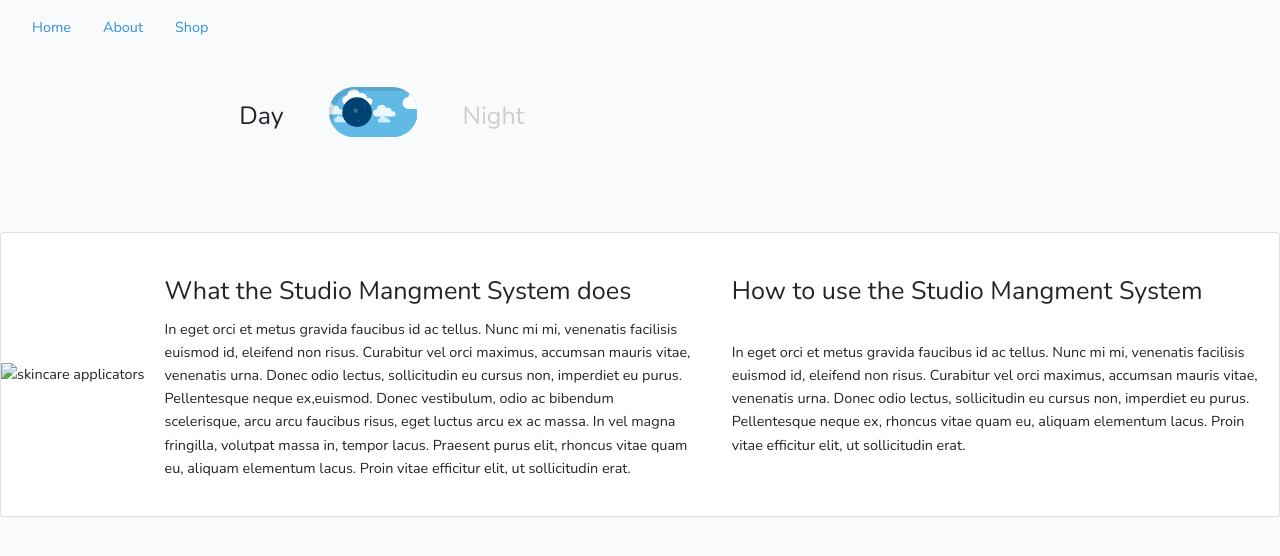
Repository: littae2/simplicite
Page: http://localhost/shop
The author's editor kept a copy of each file at every save. The page is drawn from the files as they stood at one save, then again after the next save.
The browser window is 1280 px wide. The pictures show the whole page.
Some web libraries are served in a nearby version. The page is served by the project's Laravel application, run on PHP 8.4 with Laravel 8. Other server files are loaded and not shown.

Above is the page before, as saved 2021-08-13 15:52:41.

### Project/routes/web.php
<?php

use Illuminate\Support\Facades\Route;

/*
|--------------------------------------------------------------------------
| Web Routes
|--------------------------------------------------------------------------
|
| Here is where you can register web routes for your application. These
| routes are loaded by the RouteServiceProvider within a group which
| contains the "web" middleware group. Now create something great!
|
*/

Route::get('/', function () {
    return view('home.index');
});

Route::get('/about', function () {
    return view('about.index');
});
Route::get('/shop', function () {
    return view('shop.index');
});

### Project/resources/views/shop/index.blade.php
@extends('layouts.layout')
@section('title', 'Welcome')
@section('content')
<div class="pageContent">

<!-- @if(Auth::check())
<div> you are logged in </div>
@else
<div> please login</div>
@endif -->

  <div class="card d-flex flex-row justify-content-between align-items-center w-90 home">
  <img src="{{url('img/product2.jpg')}}" alt="skincare applicators" class="headerImg">
    <div class="card-body w-25 ">

      <br>
      <h3 class="card-title">What the Studio Mangment System does</h3>

      <p>In eget orci et metus gravida faucibus id ac tellus. Nunc mi mi, venenatis facilisis euismod id, eleifend non risus.
        Curabitur vel orci maximus, accumsan mauris vitae, venenatis urna. Donec odio lectus, sollicitudin eu cursus non, imperdiet eu purus.
        Pellentesque neque ex,euismod. Donec vestibulum, odio ac bibendum scelerisque, arcu arcu faucibus risus, eget luctus arcu ex ac massa. In vel magna fringilla, volutpat massa in, tempor lacus.
        Praesent purus elit, rhoncus vitae quam eu, aliquam elementum lacus. Proin vitae efficitur elit, ut sollicitudin erat.</p>

    </div>
    <div class=" card-body w-25">

      <h3 class="card-title">How to use the Studio Mangment System</h3>
      <br>
      <p>In eget orci et metus gravida faucibus id ac tellus. Nunc mi mi, venenatis facilisis euismod id, eleifend non risus.
        Curabitur vel orci maximus, accumsan mauris vitae, venenatis urna. Donec odio lectus, sollicitudin eu cursus non, imperdiet eu purus.
        Pellentesque neque ex, rhoncus vitae quam eu, aliquam elementum lacus. Proin vitae efficitur elit, ut sollicitudin erat.</p>

    </div>

  </div>
</div>
@endsection

### Project/resources/views/layouts/layout.blade.php
<!--This is the Main layout page-->
<!DOCTYPE html>
<html lang="en">
<head>
    <meta charset="UTF-8">
        <!-- CSRF Token -->
    <meta name="csrf-token" content="mlxnBRgEB1AbPWkhP1fOm5sUhDzONcfLGmqMOlHY">
    <meta name="viewport" content="width=device-width, initial-scale=1.0">

    <script src="https://kit.fontawesome.com/b07d89ef49.js" crossorigin="anonymous"></script>

    <!--  JQUEURY-->
    <script src="https://code.jquery.com/jquery-3.1.0.min.js"></script>

    <!--  BS -->
    <link rel="stylesheet" href="{{asset('css/simplicite.css')}}">
    <link rel="stylesheet" href="{{asset('css/app.css')}}">

    <!--JS -->




</head>
<body>

  @include('layouts.navbar')

<!-- Fonts -->
<link href="https://fonts.googleapis.com/css?family=Nunito:200,600" rel="stylesheet">

@yield('content')
</body>
</html>

### Project/resources/views/layouts/navbar.blade.php
<!-- <div class= "nav">
      <a class="nav-link" href="{{url('/welcome')}}">Home</a>
      <a class="nav-link" href="{{url('/view-cohorts')}}">Cohort</a>
      <a class="nav-link" href="{{url('/students')}}">Students</a>
      <a class="nav-link" href="{{url('/upload')}}">Upload</a>
      <a class="nav-link" href="{{url('/enrolment')}}">Enrollment</a>
</div> -->

<script src="https://code.jquery.com/jquery-3.2.1.slim.min.js" integrity="sha384-KJ3o2DKtIkvYIK3UENzmM7KCkRr/rE9/Qpg6aAZGJwFDMVNA/GpGFF93hXpG5KkN" crossorigin="anonymous"></script>
<script src="https://cdnjs.cloudflare.com/ajax/libs/popper.js/1.12.9/umd/popper.min.js" integrity="sha384-ApNbgh9B+Y1QKtv3Rn7W3mgPxhU9K/ScQsAP7hUibX39j7fakFPskvXusvfa0b4Q" crossorigin="anonymous"></script>
<script src="https://maxcdn.bootstrapcdn.com/bootstrap/4.0.0/js/bootstrap.min.js" integrity="sha384-JZR6Spejh4U02d8jOt6vLEHfe/JQGiRRSQQxSfFWpi1MquVdAyjUar5+76PVCmYl" crossorigin="anonymous"></script>
<script src="https://cdnjs.cloudflare.com/ajax/libs/gsap/3.7.1/gsap.min.js"></script>


<div class="nav">
  <div class="col-md-12 school-options-dropdown text-center nav-link">

    <div class="nav">
      <a class="nav-link" href="{{url('/')}}">Home</a>
      <a class="nav-link" href="{{url('/about')}}">About</a>
      <a class="nav-link" href="{{url('/shop')}}">Shop</a>
<a>@include('inc.daynight')</a>


    </div>
  </div>
</div>
</div>

### Project/resources/views/inc/daynight.blade.php

<div class="layout">
    <div class="day-label">Day</div>

    <label class="container">
        <input id="input" type="checkbox" checked="checked">
        <span class="checkmark">


            <svg id="toggle" xmlns="http://www.w3.org/2000/svg" viewBox="0 0 60 34" width="60" height="34">
                <defs>


                    <clipPath id="container">
                        <rect width="60" height="34" rx="17" />
                    </clipPath>
                    <g id="day">
                        <rect x="0" width="60" height="34" style="fill: #61b9e5" />
                        <g id="day-content">
                            <g class="clouds-small">
                                <path d="M13.35,22.45a1,1,0,0,0-.44.1A1.62,1.62,0,0,0,11.29,21a1.67,1.67,0,0,0-.59.11,1.84,1.84,0,0,0-3.55.61h0a1.38,1.38,0,0,0,0,2.75h6.21a1,1,0,1,0,0-2Z" transform="translate(-2 -2)" style="fill: #d0edff" />
                                <path d="M27.38,23.72a1.05,1.05,0,0,0-.44.1,1.63,1.63,0,0,0-2.21-1.41,1.84,1.84,0,0,0-3.56.61h0a1.38,1.38,0,1,0,0,2.75h6.21a1,1,0,0,0,0-2.05Z" transform="translate(-2 -2)" style="fill: #d0edff" />
                                <path d="M56.7,24a1,1,0,0,0-.44.1,1.63,1.63,0,0,0-2.21-1.42,1.85,1.85,0,0,0-3.56.61h0a1.38,1.38,0,0,0,0,2.75H56.7a1,1,0,0,0,0-2Z" transform="translate(-2 -2)" style="fill: #d0edff" />
                                <path d="M84.35,22.45a1,1,0,0,0-.44.1A1.62,1.62,0,0,0,82.29,21a1.67,1.67,0,0,0-.59.11,1.84,1.84,0,0,0-3.55.61h0a1.38,1.38,0,0,0,0,2.75h6.21a1,1,0,1,0,0-2Z" transform="translate(-2 -2)" style="fill: #d0edff" />
                                <path d="M98.38,23.72a1.05,1.05,0,0,0-.44.1,1.63,1.63,0,0,0-2.21-1.41,1.84,1.84,0,0,0-3.56.61h0a1.38,1.38,0,1,0,0,2.75h6.21a1,1,0,0,0,0-2.05Z" transform="translate(-2 -2)" style="fill: #d0edff" />
                                <path d="M127.7,24a1,1,0,0,0-.44.1,1.63,1.63,0,0,0-2.21-1.42,1.85,1.85,0,0,0-3.56.61h0a1.38,1.38,0,0,0,0,2.75h6.21a1,1,0,0,0,0-2Z" transform="translate(-2 -2)" style="fill: #d0edff" />
                            </g>
                            <g class="clouds-medium">
                                <path d="M61.44,18.4a1.85,1.85,0,0,0-.77.18,2.85,2.85,0,0,0-2.85-2.68,3,3,0,0,0-1,.19,3.25,3.25,0,0,0-6.26,1.07h0a2.42,2.42,0,0,0,0,4.84H61.44a1.8,1.8,0,1,0,0-3.6Z" transform="translate(-2 -2)" style="fill: #e9f8ff" />
                                <path d="M26,17.07a1.84,1.84,0,0,0-.77.17,2.86,2.86,0,0,0-2.85-2.68,2.75,2.75,0,0,0-1,.2,3.24,3.24,0,0,0-6.26,1.07h0a2.42,2.42,0,1,0,0,4.84H26a1.8,1.8,0,0,0,0-3.6Z" transform="translate(-2 -2)" style="fill: #e9f8ff" />
                                <path d="M126.44,18.4a1.85,1.85,0,0,0-.77.18,2.85,2.85,0,0,0-2.85-2.68,3,3,0,0,0-1,.19,3.25,3.25,0,0,0-6.26,1.07h0a2.42,2.42,0,0,0,0,4.84h10.92a1.8,1.8,0,1,0,0-3.6Z" transform="translate(-2 -2)" style="fill: #e9f8ff" />
                                <path d="M91,17.07a1.84,1.84,0,0,0-.77.17,2.86,2.86,0,0,0-2.85-2.68,2.75,2.75,0,0,0-1,.2,3.24,3.24,0,0,0-6.26,1.07h0a2.42,2.42,0,0,0,0,4.84H91a1.8,1.8,0,0,0,0-3.6Z" transform="translate(-2 -2)" style="fill: #e9f8ff" />
                            </g>
                            <g class="clouds-big">
                                <path d="M24.82,10.83a3.09,3.09,0,0,0-1.29.29A4.78,4.78,0,0,0,17,7,5.43,5.43,0,0,0,6.54,8.76h0a4,4,0,1,0,0,8.09H24.82a3,3,0,0,0,0-6Z" transform="translate(-2 -2)" style="fill: #fff" />
                                <path d="M53.6,9.45a2.37,2.37,0,0,0-1,.24,3.86,3.86,0,0,0-3.84-3.61,4.09,4.09,0,0,0-1.4.26,4.36,4.36,0,0,0-8.41,1.45h0a3.25,3.25,0,0,0,0,6.5H53.6a2.42,2.42,0,1,0,0-4.84Z" transform="translate(-2 -2)" style="fill: #fff" />
                                <path d="M98.72,10.83a3.09,3.09,0,0,0-1.29.29A4.78,4.78,0,0,0,90.91,7a5.43,5.43,0,0,0-10.47,1.8h0a4,4,0,1,0,0,8.09H98.72a3,3,0,1,0,0-6Z" transform="translate(-2 -2)" style="fill: #fff" />
                                <path d="M127.5,9.45a2.41,2.41,0,0,0-1,.24,3.85,3.85,0,0,0-3.84-3.61,4.09,4.09,0,0,0-1.4.26,4.36,4.36,0,0,0-8.41,1.45h0a3.25,3.25,0,0,0,0,6.5h14.7a2.42,2.42,0,0,0,0-4.84Z" transform="translate(-2 -2)" style="fill: #fff" />
                            </g>

                        </g>
                    </g>
                    <g id="night">
                        <rect width="60" height="34" style="fill: #004373" />

                        <g id="night-content">
                            <polygon class="star" points="46 4.89 46.62 6.14 48.01 6.35 47.01 7.33 47.24 8.71 46 8.06 44.76 8.71 44.99 7.33 43.99 6.35 45.38 6.14 46 4.89" style="fill: #fff5a6" />
                            <polygon class="star" points="58.58 21.93 59.46 23.02 60.86 22.91 60.1 24.09 60.63 25.39 59.28 25.02 58.21 25.94 58.14 24.54 56.94 23.8 58.25 23.3 58.58 21.93" style="fill: #fff5a6" />
                            <polygon class="star" points="40.71 12.02 40.82 13.42 42.03 14.13 40.74 14.66 40.44 16.04 39.53 14.97 38.13 15.11 38.87 13.91 38.3 12.63 39.67 12.96 40.71 12.02" style="fill: #fff5a6" />
                            <polygon class="star" points="5 16.89 5.62 18.14 7.01 18.35 6 19.33 6.24 20.71 5 20.06 3.76 20.71 4 19.33 2.99 18.35 4.38 18.14 5 16.89" style="fill: #fff5a6" />
                            <polygon class="star" points="60.57 6.97 60.79 8.36 62.05 8.97 60.8 9.6 60.61 10.99 59.62 10 58.24 10.25 58.88 9 58.22 7.76 59.6 7.99 60.57 6.97" style="fill: #fff5a6" />
                            <polygon class="star" points="30.91 26.12 30.86 27.52 31.98 28.36 30.63 28.74 30.18 30.07 29.4 28.91 28 28.89 28.86 27.78 28.45 26.44 29.77 26.93 30.91 26.12" style="fill: #fff5a6" />
                            <polygon class="star" points="17.52 13.95 18.44 15.01 19.83 14.86 19.11 16.06 19.68 17.34 18.32 17.02 17.28 17.96 17.16 16.56 15.94 15.87 17.23 15.32 17.52 13.95" style="fill: #fff5a6" />
                            <polygon class="star" points="60.53 16.01 61.11 16.41 61.76 16.15 61.56 16.83 62 17.37 61.3 17.39 60.92 17.98 60.69 17.32 60.01 17.14 60.56 16.71 60.53 16.01" style="fill: #fff5a6" />
                            <polygon class="star" points="41.99 21.89 42.31 22.52 43 22.62 42.5 23.11 42.62 23.8 41.99 23.47 41.37 23.8 41.49 23.11 40.99 22.62 41.69 22.52 41.99 21.89" style="fill: #fff5a6" />
                            <polygon class="star" points="63.47 26.02 63.43 26.72 63.98 27.15 63.3 27.32 63.05 27.98 62.68 27.39 61.98 27.36 62.43 26.82 62.24 26.14 62.89 26.4 63.47 26.02" style="fill: #fff5a6" />
                            <polygon class="star" points="36.99 9.89 37.31 10.52 38 10.62 37.5 11.11 37.62 11.8 36.99 11.47 36.37 11.8 36.49 11.11 35.99 10.62 36.69 10.52 36.99 9.89" style="fill: #fff5a6" />
                            <polygon class="star" points="28.5 4.89 28.65 5.2 29 5.25 28.75 5.5 28.81 5.85 28.5 5.68 28.18 5.85 28.24 5.5 27.99 5.25 28.34 5.2 28.5 4.89" style="fill: #fff5a6" />
                            <polygon class="star" points="28.5 12.89 28.65 13.2 29 13.25 28.75 13.5 28.81 13.85 28.5 13.68 28.18 13.85 28.24 13.5 27.99 13.25 28.34 13.2 28.5 12.89" style="fill: #fff5a6" />
                            <polygon class="star" points="47.75 22.96 47.72 23.31 47.98 23.54 47.64 23.61 47.5 23.94 47.32 23.63 46.97 23.6 47.21 23.34 47.13 23 47.45 23.14 47.75 22.96" style="fill: #fff5a6" />
                            <polygon class="star" points="51.75 31.96 51.72 32.31 51.98 32.54 51.64 32.62 51.5 32.94 51.32 32.63 50.97 32.6 51.21 32.34 51.13 32 51.45 32.15 51.75 31.96" style="fill: #fff5a6" />
                            <polygon class="star" points="44.69 29.93 44.7 30.28 45 30.47 44.67 30.59 44.58 30.93 44.37 30.66 44.01 30.68 44.21 30.38 44.08 30.06 44.42 30.15 44.69 29.93" style="fill: #fff5a6" />
                            <polygon class="star" points="24.32 10.92 24.58 11.16 24.92 11.07 24.78 11.4 24.96 11.7 24.61 11.66 24.39 11.93 24.31 11.58 23.98 11.45 24.29 11.27 24.32 10.92" style="fill: #fff5a6" />
                            <polygon class="star" points="24.94 13.18 24.71 13.45 24.79 13.79 24.47 13.65 24.17 13.84 24.2 13.49 23.93 13.26 24.27 13.19 24.41 12.86 24.59 13.16 24.94 13.18" style="fill: #fff5a6" />
                            <polygon class="star" points="32 19.89 32.31 20.52 33 20.62 32.5 21.11 32.62 21.8 32 21.47 31.37 21.8 31.49 21.11 30.99 20.62 31.68 20.52 32 19.89" style="fill: #fff5a6" />
                            <polygon class="star" points="19.61 21.97 20.15 22.42 20.82 22.23 20.56 22.88 20.95 23.46 20.25 23.42 19.82 23.97 19.64 23.29 18.98 23.04 19.58 22.67 19.61 21.97" style="fill: #fff5a6" />
                            <polygon class="star" points="9.51 8.04 9.43 8.74 9.96 9.2 9.28 9.34 9 9.98 8.65 9.37 7.96 9.31 8.43 8.79 8.27 8.11 8.91 8.4 9.51 8.04" style="fill: #fff5a6" />
                        </g>
                    </g>
                    <clipPath id="switch">
                        <circle id="circle" cx="19" cy="17" r="10" />
                    </clipPath>
                </defs>

                <g clip-path="url(#container)">
                    <use id="back" href="#day" />
                    <g clip-path="url(#switch)">
                        <use id="front" href="#night" />
                    </g>
                    <rect class="inner-shadow" width="70" height="44" rx="20" />
                </g>

                <rect width="60" height="44" rx="17" opacity="0" />

            </svg>
        </span>
    </label>
    <div class="night-label">Night</div>
</div>
@include('inc.css.daynight')
@include('inc.js.daynight')

### Project/resources/views/inc/css/daynight.blade.php
<style>



    .night-label {
        opacity: 0.2;
    }



    .layout {
        width: 70vw;
        max-width: 300px;
        min-width: 250px;
        height: 30vh;
        display: grid;
        grid-template-columns: 1fr 2fr 1fr;
        justify-content: center;
        align-items: center;
        gap: 30px;
        font-size: 25px;
    }

    .layout:nth-child(1) {
        text-align: right;
    }

    svg {
        width: 100%;
        height: 100%;
        cursor: pointer;
    }

    #night-content {
        opacity: 0.5;
    }

    .inner-shadow {
        stroke-opacity: 0.1;
        stroke-width: 5;
        stroke: black;
        fill: none;
    }

    .container input {
        position: absolute;
        opacity: 0;
        cursor: pointer;
        height: 0;
        width: 0;
    }
</style>

### Project/resources/views/inc/js/daynight.blade.php

<script>

let duration = 0.4;
let isDay = true;


let back = document.getElementById('back');
let front = document.getElementById('front');

let switchTime = () => {

    back.setAttribute('href', '#' + (isDay ? 'day' : 'night'));
    front.setAttribute('href', '#' + (isDay ? 'night' : 'day'));
}
let scale = 30;
let toNightAnimation = gsap.timeline();

toNightAnimation
    .to('#night-content', {
        duration: duration * 0.5,
        opacity: 1,
        ease: 'power2.inOut',
        x: 0
    })
    .to('#circle', {
        duration: duration,
        ease: 'power4.in',
        scaleX: scale,
        scaleY: scale,
        x: 1,
        transformOrigin: '100% 50%',
    }, 0)
    .to('.day-label', {
        duration: duration * 2,
        ease: 'power2.inOut',
        opacity: 0.2
    }, 0)
    .to('.night-label', {
        duration: duration * 2,
        ease: 'power2.inOut',
        opacity: 1
    }, 0)
    .set('#circle', {
        // transformOrigin: '0% 50%',
        scaleX: -scale,
        // x: 8.5,
        onUpdate: () => switchTime()
    }, duration).to('#circle', {
        duration: duration,
        ease: 'power4.out',
        scaleX: -1,
        scaleY: 1,
        x: 2,
    }, duration)
    .to('#day-content', {
        duration: duration * 0.5,
        opacity: 0.5
    }, duration * 1.5)
    .to('body', {
        backgroundColor: '#b0b0b9',
        color: 'black',
        duration: duration * 2
    }, 0)

let stars = Array.from(document.getElementsByClassName('star'));
stars.map(star => gsap.to(star, {
    duration: 'random(0.4, 1.5)',
    repeat: -1,
    yoyo: true,
    opacity: 'random(0.2, 0.5)'
}))
gsap.to('.clouds-big', {
    duration: 15,
    repeat: -1,
    x: -74,
    ease: 'linear'
})
gsap.to('.clouds-medium', {
    duration: 20,
    repeat: -1,
    x: -65,
    ease: 'linear'
})
gsap.to('.clouds-small', {
    duration: 25,
    repeat: -1,
    x: -71,
    ease: 'linear'
})

let switchToggle = document.getElementById('input');
switchToggle.addEventListener('change', () => toggle())

let toggle = () => {
    isDay = switchToggle.checked == true;
    if (isDay) {
        toNightAnimation.reverse();
    } else {
        toNightAnimation.play();
    }
}



toNightAnimation.reverse();
toNightAnimation.pause();
</script>

### Project/public/css/simplicite.css

@keyframes example {
    from {opacity: 100%;}
    to {opacity:0%;}
  }

.headerImg {
    width: -moz-available;
    background-position-y: 80%;
    display: flex;
    background-size: cover; /* or contain depending on what you want */
    background-repeat: no-repeat;
    text-align: center;
    margin: auto;
    padding: 0;
}
.headerImg:scroll{
    animation-name: example;
    animation-duration: 4s;
}

Loaded but not shown: Project/public/css/app.css (library)

After the next save:
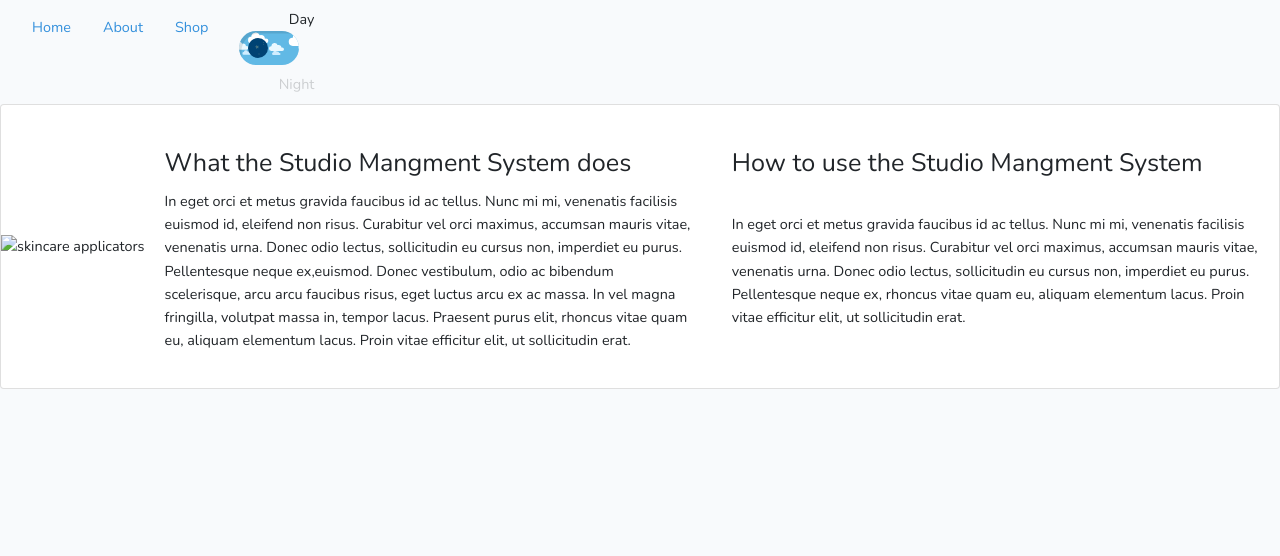
Saved 110 s later.
--- a/Project/resources/views/inc/css/daynight.blade.php
+++ b/Project/resources/views/inc/css/daynight.blade.php
@@ -9,16 +9,18 @@
 
 
     .layout {
-        width: 70vw;
-        max-width: 300px;
-        min-width: 250px;
-        height: 30vh;
-        display: grid;
-        grid-template-columns: 1fr 2fr 1fr;
-        justify-content: center;
-        align-items: center;
-        gap: 30px;
-        font-size: 25px;
+        .layout {
+	/* width: 70vw; */
+	/* max-width: 300px; */
+	/* min-width: 250px; */
+	/* height: 30vh; */
+	display: grid;
+	grid-template-columns: 1fr 2fr 1fr;
+	justify-content: center;
+	align-items: center;
+	/* gap: 30px; */
+	font-size: 25px;
+}
     }
 
     .layout:nth-child(1) {
